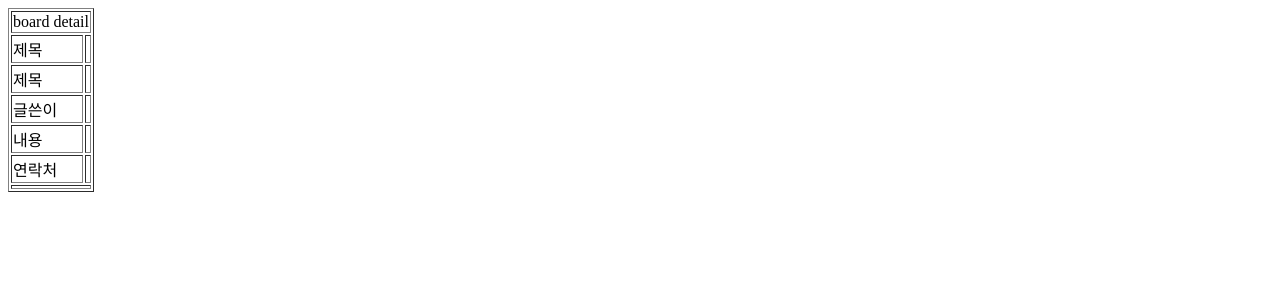
Repository: k0603156/JAVA
Page: http://localhost/StartBoard/detail.jsp
The author's editor kept a copy of each file at every save. The page is drawn from the files as they stood at one save, then again after the next save.
The browser window is 1280 px wide. The pictures show the whole page.
The page is served by Tomcat 9.

Above is the page before, as saved 2020-03-11 06:15:21.

After the next save:
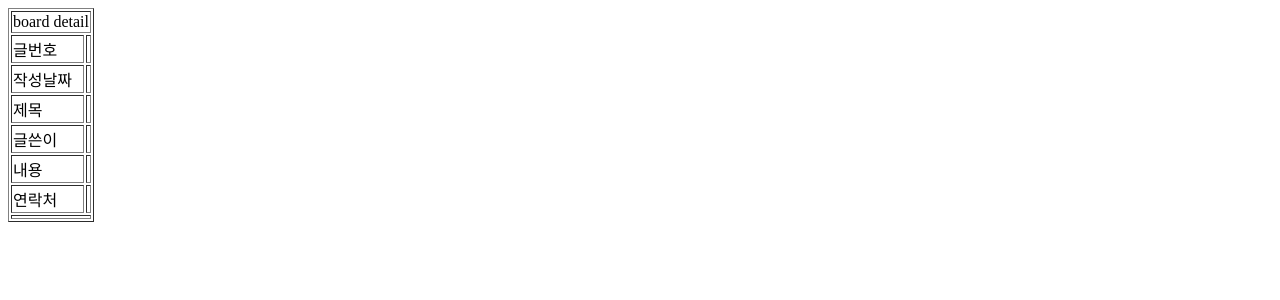
Saved 22 s later.
--- a/SERVLET/workspace/StartBoard/WebContent/detail.jsp
+++ b/SERVLET/workspace/StartBoard/WebContent/detail.jsp
@@ -11,8 +11,12 @@
 		<tr>
 		<td colspan="2" style="text-align: center;">board detail</td>
 		</tr>
-				<tr>
-			<td>제목</td>
+		<tr>
+			<td>글번호</td>
+			<td></td>
+		</tr>
+		<tr>
+			<td>작성날짜</td>
 			<td></td>
 		</tr>
 		<tr>
